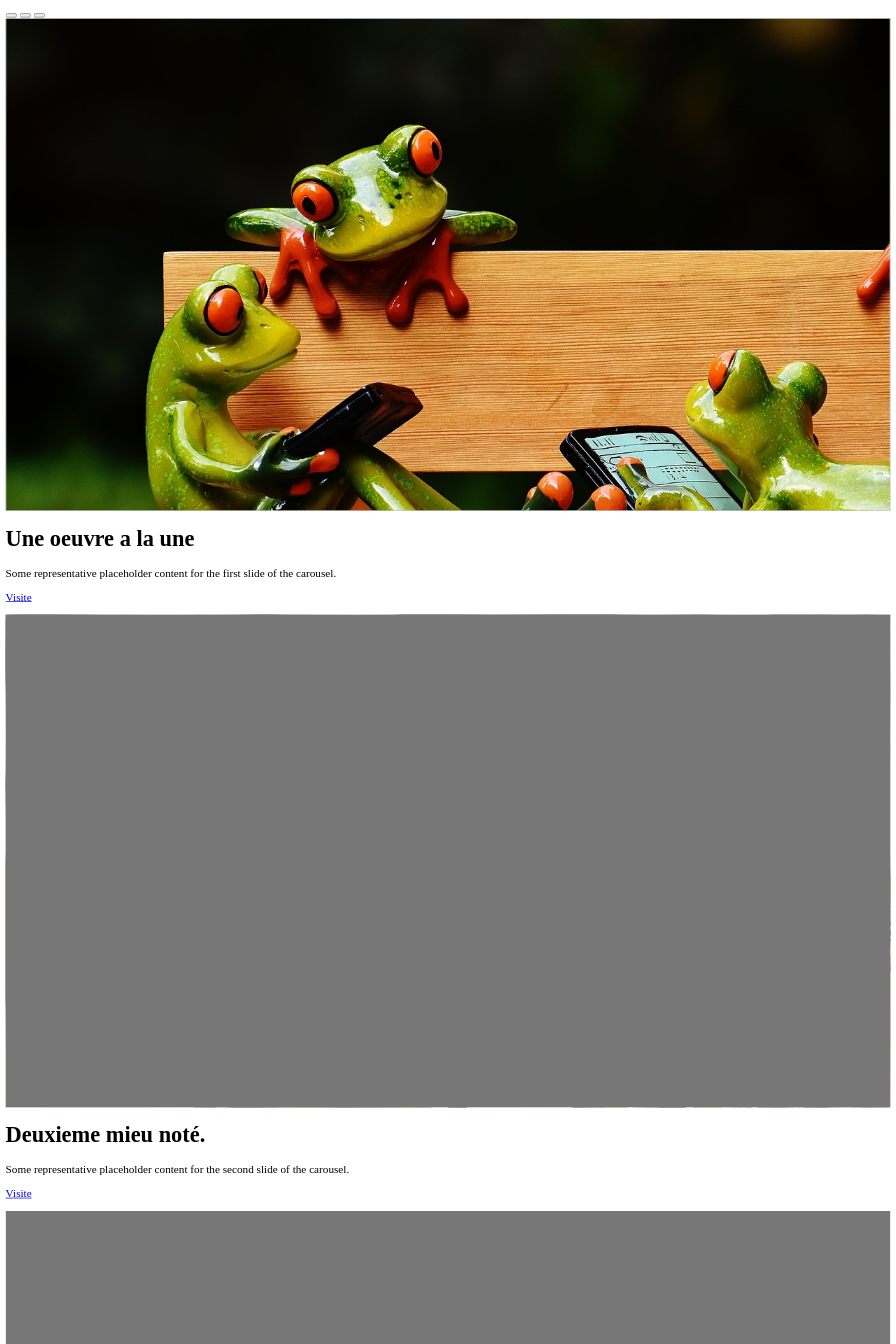
Repository: Amedee7/mypain
Page: templates/home/welcome.html.twig
The author's editor kept a copy of each file at every save. The page is drawn from the files as they stood at one save, then again after the next save.
The browser window is 1280 px wide. The pictures show the part of the page from y = 0 to 1920 px (the page is 2611 px tall), at 70% of full size.
The page is a Twig template of a Symfony application; nobody is signed in and links lead nowhere. The template is opened directly, without the code that normally fills it, so the values that code supplies are empty.

Above is the page before, as saved 2022-03-10 13:22:15.

### templates/home/welcome.html.twig
<div id="myCarousel" class="carousel slide" data-bs-ride="carousel">
	<div class="carousel-indicators">
		<button type="button" data-bs-target="#myCarousel" data-bs-slide-to="0" class="active" aria-current="true" aria-label="Slide 1"></button>
		<button type="button" data-bs-target="#myCarousel" data-bs-slide-to="1" aria-label="Slide 2"></button>
		<button type="button" data-bs-target="#myCarousel" data-bs-slide-to="2" aria-label="Slide 3"></button>
	</div>
	<div class="carousel-inner">
		<div class="carousel-item active">
			<img class="bd-placeholder-img" width="100%" height="100%" style="background-image: url('img/img_1.jpg');" aria-hidden="true" preserveaspectratio="xMidYMid slice" focusable="false"><rect width="100%" height="100%" fill="#777"/>

			<div class="container">
				<div class="carousel-caption text-start">
					<h1>Une oeuvre a la une</h1>
					<p>Some representative placeholder content for the first slide of the carousel.</p>
					<p>
						<a class="btn btn-lg btn-primary" href="#">Visite</a>
					</p>
				</div>
			</div>
		</div>
		<div class="carousel-item">
			<svg class="bd-placeholder-img" width="100%" height="100%" style="background-image: url('img/img_2.jpg');" aria-hidden="true" preserveaspectratio="xMidYMid slice" focusable="false"><rect width="100%" height="100%" fill="#777"/></svg>

			<div class="container">
				<div class="carousel-caption">
					<h1>Deuxieme mieu noté.</h1>
					<p>Some representative placeholder content for the second slide of the carousel.</p>
					<p>
						<a class="btn btn-lg btn-primary" href="#">Visite</a>
					</p>
				</div>
			</div>
		</div>
		<div class="carousel-item">
			<svg class="bd-placeholder-img" width="100%" height="100%" xmlns="http://www.w3.org/2000/svg" aria-hidden="true" preserveaspectratio="xMidYMid slice" focusable="false"><rect width="100%" height="100%" fill="#777"/></svg>

			<div class="container">
				<div class="carousel-caption text-end">
					<h1>Troisième meilleur oeuvre.</h1>
					<p>Some representative placeholder content for the third slide of this carousel.</p>
					<p>
						<a class="btn btn-lg btn-primary" href="#">Visite</a>
					</p>
				</div>
			</div>
		</div>
	</div>
	<button class="carousel-control-prev" type="button" data-bs-target="#myCarousel" data-bs-slide="prev">
		<span class="carousel-control-prev-icon" aria-hidden="true"></span>
		<span class="visually-hidden">Previous</span>
	</button>
	<button class="carousel-control-next" type="button" data-bs-target="#myCarousel" data-bs-slide="next">
		<span class="carousel-control-next-icon" aria-hidden="true"></span>
		<span class="visually-hidden">Next</span>
	</button>
</div>

After the next save:
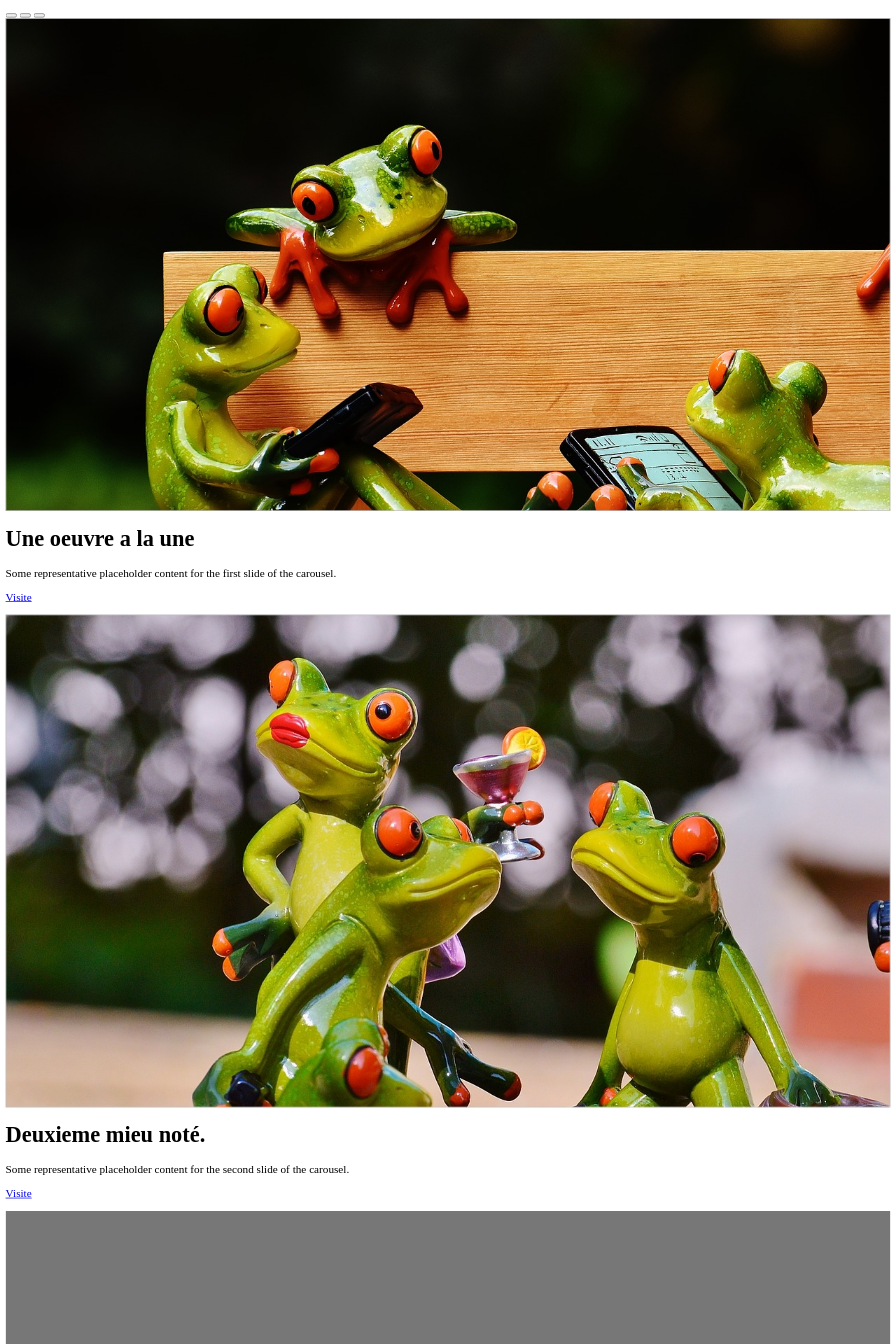
Saved 87 s later.
--- a/templates/home/welcome.html.twig
+++ b/templates/home/welcome.html.twig
@@ -19,7 +19,7 @@
 			</div>
 		</div>
 		<div class="carousel-item">
-			<svg class="bd-placeholder-img" width="100%" height="100%" style="background-image: url('img/img_2.jpg');" aria-hidden="true" preserveaspectratio="xMidYMid slice" focusable="false"><rect width="100%" height="100%" fill="#777"/></svg>
+			<img class="bd-placeholder-img" width="100%" height="100%" style="background-image: url('img/img_2.jpg');" aria-hidden="true" preserveaspectratio="xMidYMid slice" focusable="false"><rect width="100%" height="100%" fill="#777"/>
 
 			<div class="container">
 				<div class="carousel-caption">
